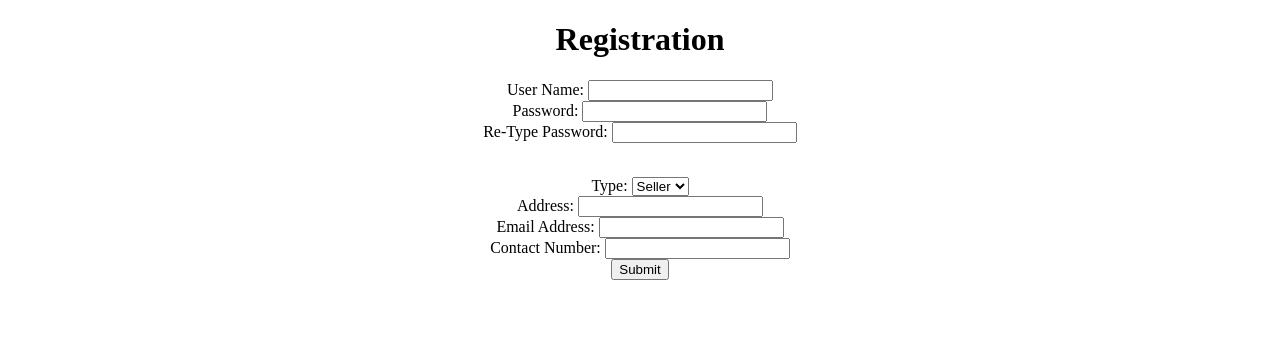
Repository: HariharanMiracle/CodeComplexity
Page: http://localhost/Paf_assignment/Register.jsp
The author's editor kept a copy of each file at every save. The page is drawn from the files as they stood at one save, then again after the next save.
The browser window is 1280 px wide. The pictures show the whole page.
The page is served by Tomcat 9. Other server files are loaded and not shown.

Above is the page before, as saved 2019-04-29 19:27:04.

### Paf_assignment/WebContent/Register.jsp
<%@ page language="java" contentType="text/html; charset=ISO-8859-1"
    pageEncoding="ISO-8859-1"%>
<!DOCTYPE html>
<html>
<head>
<meta charset="ISO-8859-1">
<title>Insert title here</title>
</head>
<body>


				<!-- Main Content -->
				<form style = "text-align: center" action="paf/member/Register" method="POST" onsubmit="return validate()">
					<h1>Registration</h1>
					<label>User Name:</label> <input type="text" name="username" id = "username" required/><br/>
					<label>Password:</label> <input type="password" name="password" id = "pw" required/><br/>
					<label>Re-Type Password:</label> <input type="password" name="rpassword" id = "cpw" required/><p id="password" style="color:red"></p><br/>
					<label>Type:</label>
					<select name = "type">
					  <option value="Seller">Seller</option>
					  <option value="Buyer">Buyer</option>
					</select><br/>
					<label>Address:</label> <input type="text" name="address" id="address" required/><br/>
					<label>Email Address:</label> <input type="email" name="mailAddress" required/><br/>
					<label>Contact Number:</label> <input type="text" name="contactNumber"  id="contactNumber" required/><br/>
					<input type="submit" value="Submit"/>
				</form>

<script type="text/javascript">
			function validate(){
				var pw =  document.getElementById("pw").value;
				var cpw =  document.getElementById("cpw").value;
				var username =  document.getElementById("username").value;
				var contactNumber =  document.getElementById("contactNumber").value;
				var address =  document.getElementById("address").value;
				var letters = /^[A-Za-z]+$/;
				var numeric = /^[0-9]+$/;
				var alphaNumeric = /^[0-9a-zA-Z]+$/;
				if(pw == cpw){
					return true;
				}
				else{
					document.getElementById("password").value = "Re-type password again!!!";
					return false;
				}
			}

</script>
</body>
</html>

After the next save:
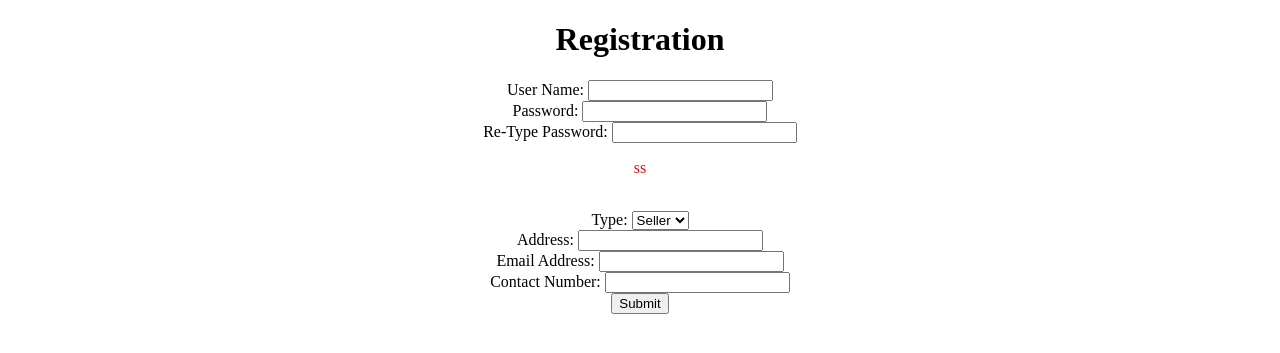
Saved 69 s later.
--- a/Paf_assignment/WebContent/Register.jsp
+++ b/Paf_assignment/WebContent/Register.jsp
@@ -14,7 +14,7 @@
 					<h1>Registration</h1>
 					<label>User Name:</label> <input type="text" name="username" id = "username" required/><br/>
 					<label>Password:</label> <input type="password" name="password" id = "pw" required/><br/>
-					<label>Re-Type Password:</label> <input type="password" name="rpassword" id = "cpw" required/><p id="password" style="color:red"></p><br/>
+					<label>Re-Type Password:</label> <input type="password" name="rpassword" id = "cpw" required/><p id="password" style="color:red">ss</p><br/>
 					<label>Type:</label>
 					<select name = "type">
 					  <option value="Seller">Seller</option>
